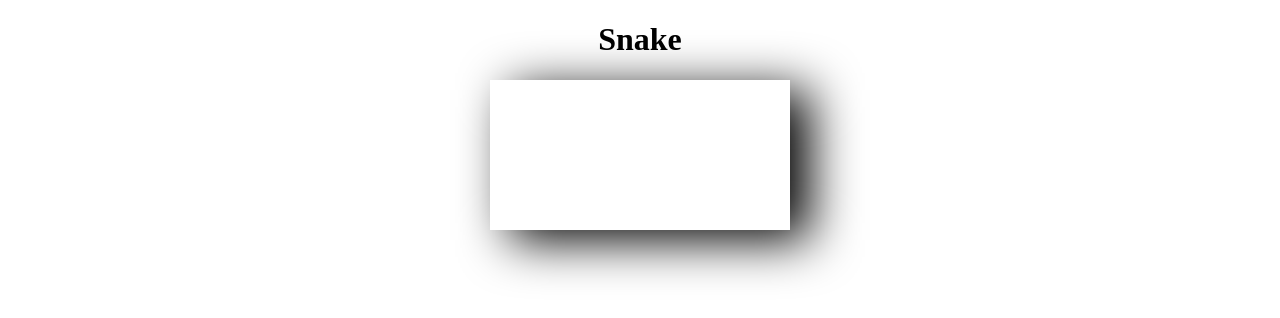
Repository: Ellisvelandia/snake
Page: index.html
These files come from the project's save history. The page is drawn as it stood at one moment and after the next save; the edit follows.
The browser window is 1280 px wide. The pictures show the whole page.

Above is the page before, as saved 2022-08-26 22:20:17.

After the next save:
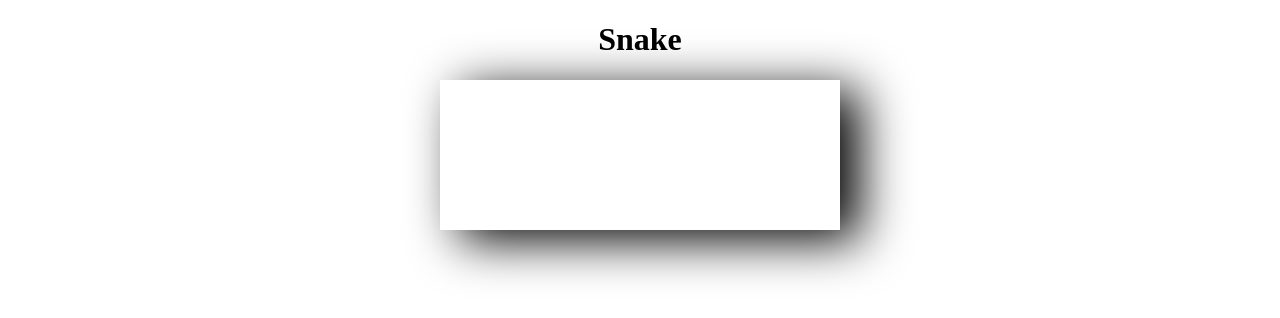
Saved 5 s later.
--- a/index.html
+++ b/index.html
@@ -11,7 +11,7 @@
 
   <h1>Snake</h1>
 
-  <canvas id="game"></canvas>
+  <canvas id="game" width="400px"></canvas>
   <script src="index.js"></script>
 </body>
 </html>
